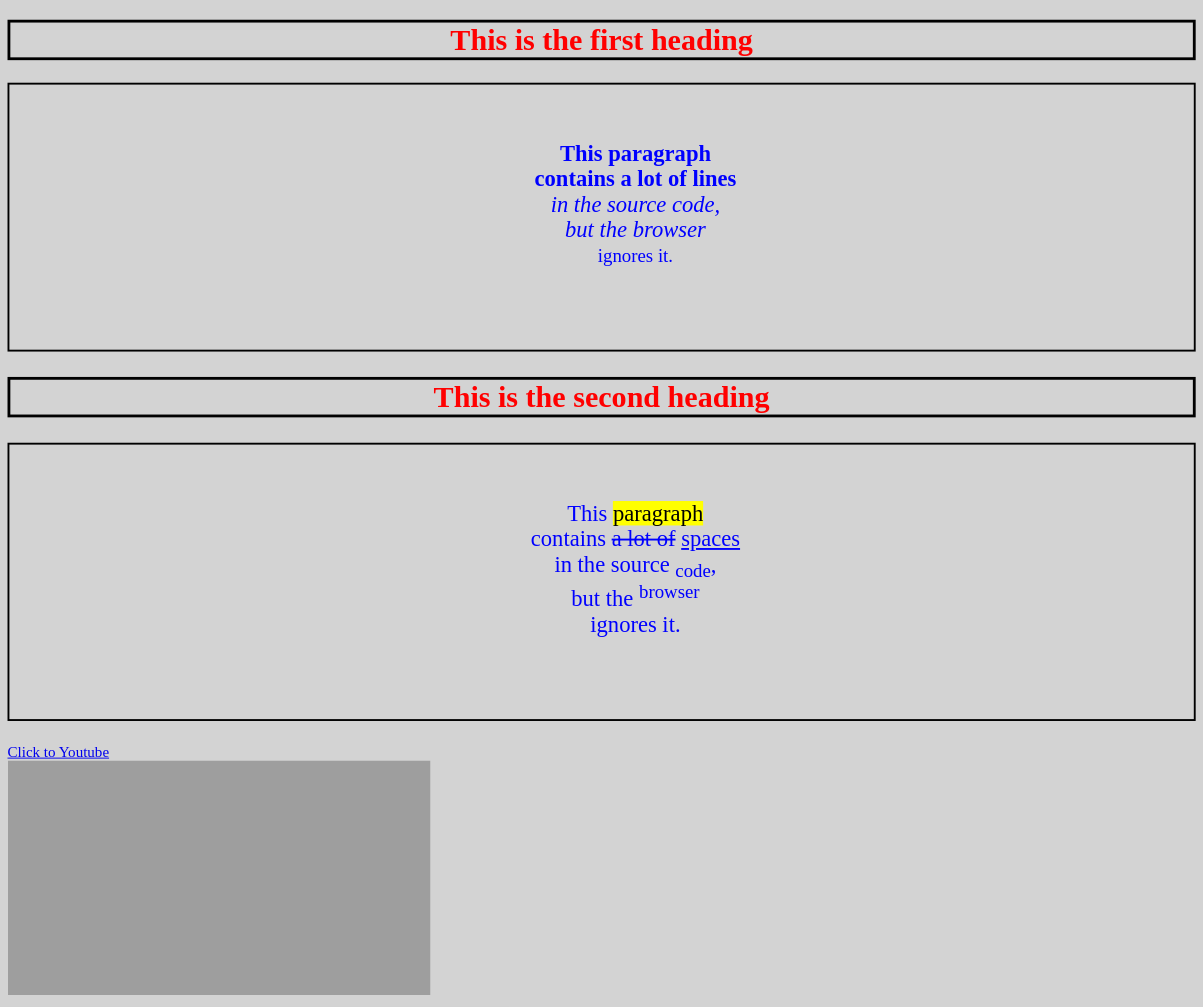
Repository: zRush1202/LoginPage-demo
Page: ex_html/index.html
The author's editor kept a copy of each file at every save. The page is drawn from the files as they stood at one save, then again after the next save.
The browser window is 1280 px wide. The pictures show the whole page, at 94% of full size.
Pictures or frames that could not be fetched are drawn as grey boxes.

Above is the page before, as saved 2023-09-06 17:44:16.

After the next save:
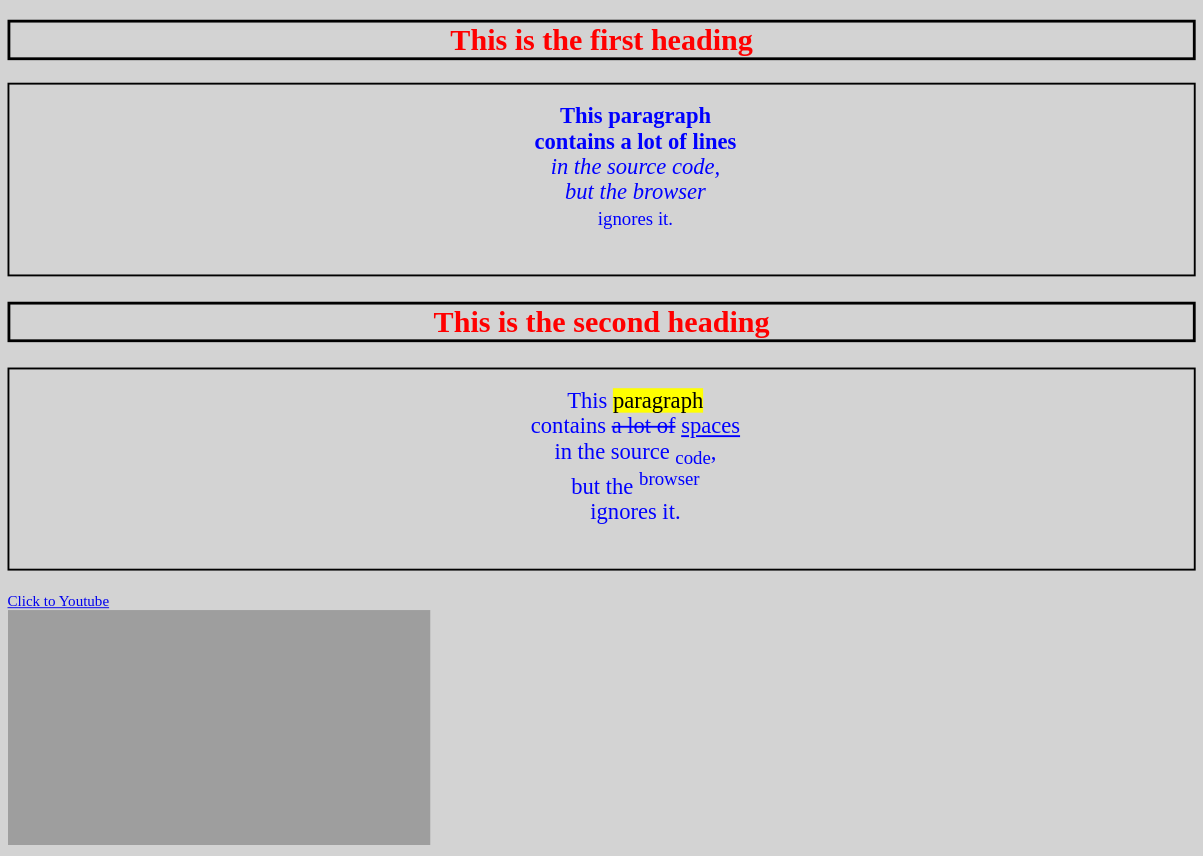
Saved 6 s later.
--- a/ex_html/style.css
+++ b/ex_html/style.css
@@ -25,7 +25,7 @@ body {
   pre {
     color: blue;
     border: 2px solid black;
-    padding: 60px;
+    padding: 20px;
     text-align: center;
     font-size: 150%;
     font-family: 'Times New Roman', Times, serif;
